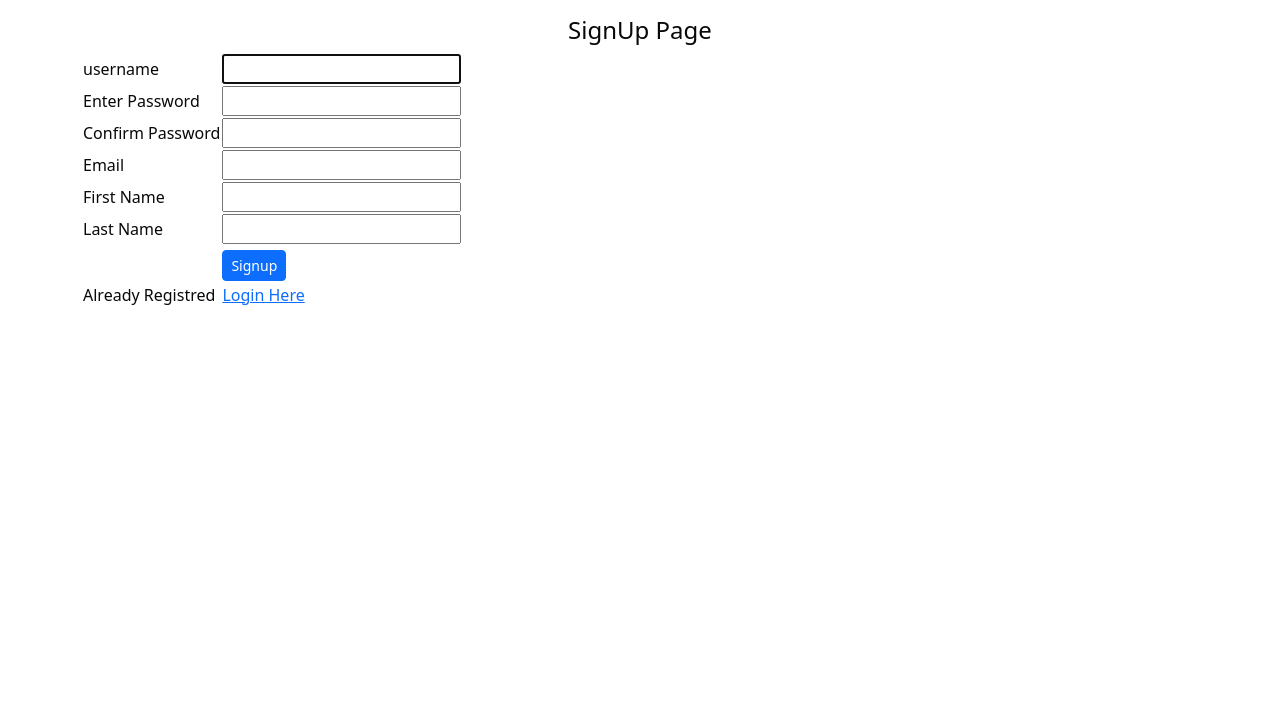
Repository: AbakashRonny/Institute-Management
Page: http://localhost/CodeDaisApp/signup/
These files come from the project's save history. The page is drawn as it stood at one moment and after a run of saves; the edit follows.
The browser window is 1280 px wide. The pictures show the whole page.
The page is served by the project's application, run on Django 5.2 (manage.py).

Above is the page before, as saved 2024-06-17 03:16:02.

After the next 2 saves:
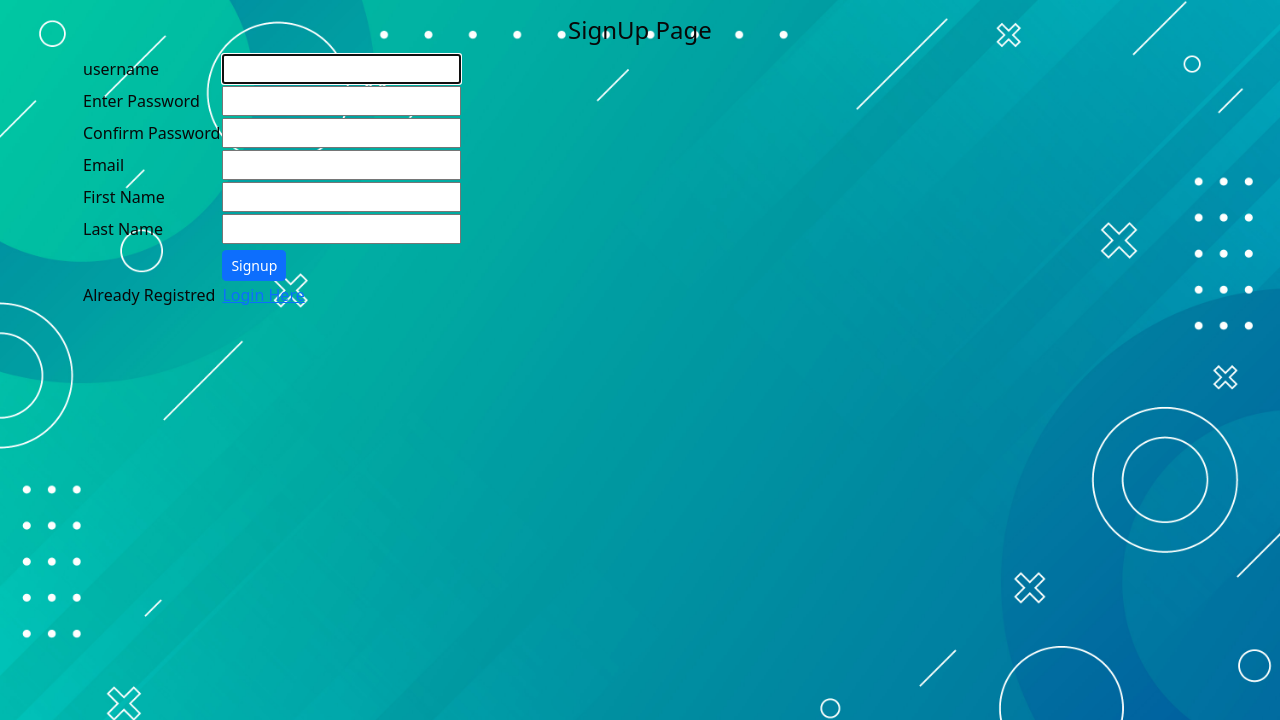
The 2 saves are shown as one change because 1 did not build or start.
The last was saved 4 min 18 s later.
--- a/templates/CodeDaisApp/signup.html
+++ b/templates/CodeDaisApp/signup.html
@@ -1,4 +1,5 @@
 <!doctype html>
+{% load static %}
 <html lang="en">
   <head>
     <meta charset="utf-8">
@@ -7,10 +8,12 @@
     <link href="https://cdn.jsdelivr.net/npm/bootstrap@5.3.3/dist/css/bootstrap.min.css" rel="stylesheet" integrity="sha384-QWTKZyjpPEjISv5WaRU9OFeRpok6YctnYmDr5pNlyT2bRjXh0JMhjY6hW+ALEwIH" crossorigin="anonymous">
     <style>
       body {
+      background-image: url("{% static 'image/8270301.jpg' %}");
       background-size: cover;
       background-repeat: no-repeat;
       color: rgb(8, 8, 8);
     }
+
     </style>
   </head>
   <body>
